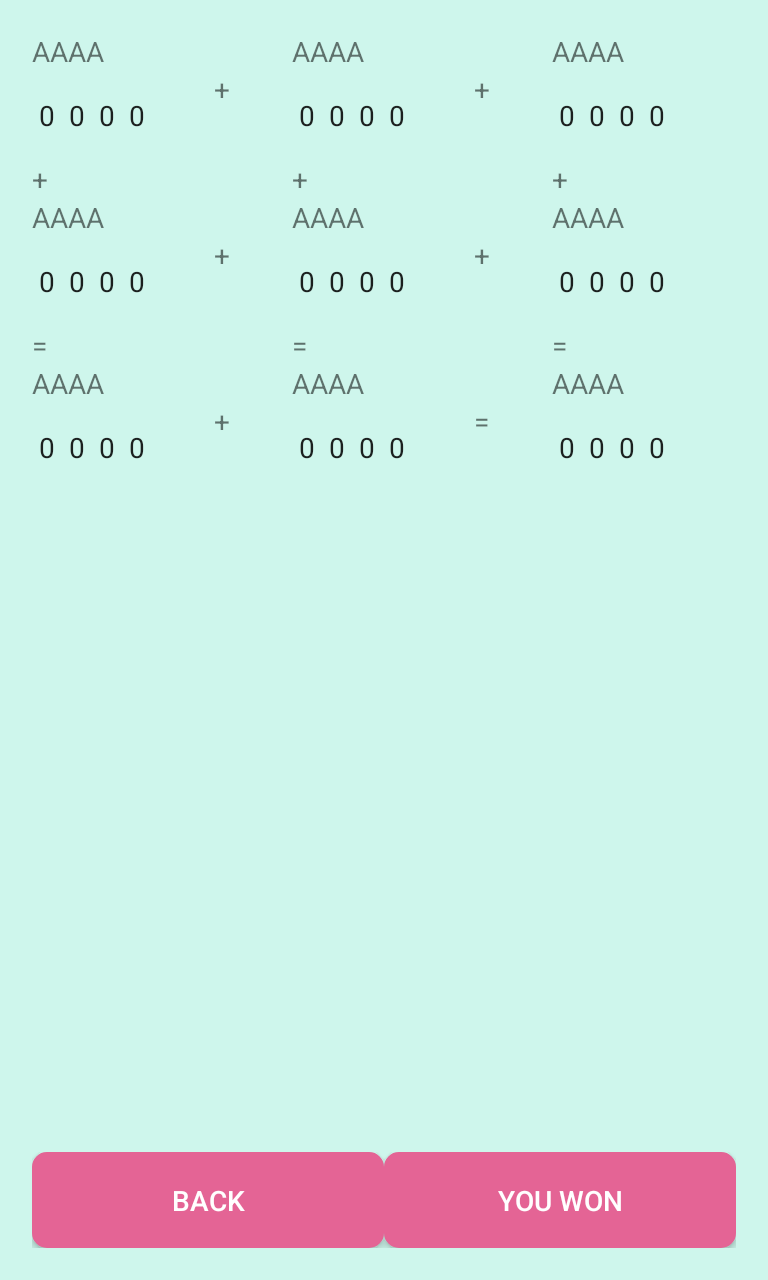
Repository: jelleswester/Breinbreker
Layout: Breinbreker/res/layout/activity_game_play.xml
The author's editor kept a copy of each file at every save. The layout is drawn from the files as they stood at one save, then again after the next save.
It is drawn on a 768 x 1280 px phone screen (xhdpi) without system bars, with theme AppTheme; the app's code is not run.

Above is the layout before, as saved 2015-01-22 21:13:38.

After the next save:
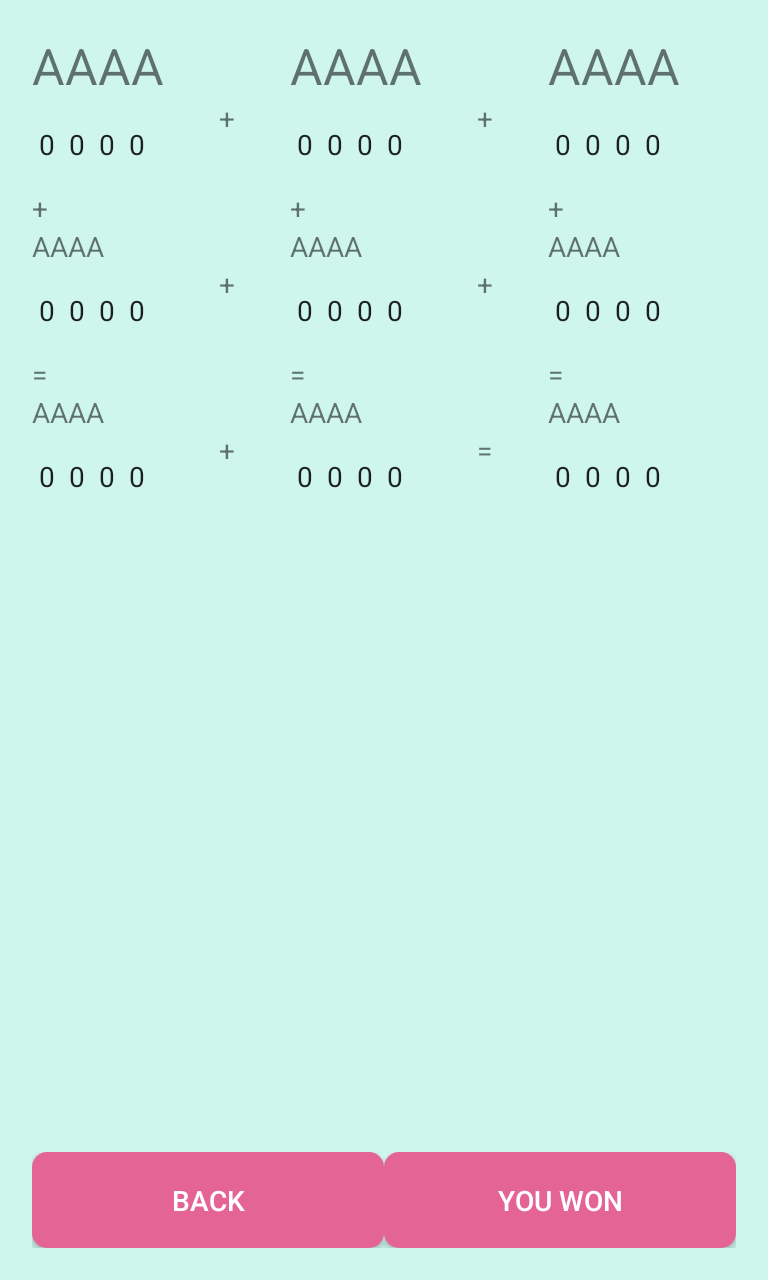
Saved 11 h 46 min later.
--- a/Breinbreker/res/layout/activity_game_play.xml
+++ b/Breinbreker/res/layout/activity_game_play.xml
@@ -18,14 +18,16 @@
 	        <TextView
 	            android:id="@+id/textView0"
 	            android:text="@string/characters"
-	            android:layout_width="fill_parent" />
+	            android:layout_width="fill_parent"
+	            android:textSize="25sp" />
 	        <TextView
 	            android:text=""
 	            android:layout_width="fill_parent" />
 	        <TextView
 	            android:id="@+id/textView1"
 	            android:text="@string/characters"
-	            android:layout_width="fill_parent" />
+	            android:layout_width="fill_parent"
+	            android:textSize="25sp" />
 	        <TextView
 	            android:text=""
 	            android:layout_width="fill_parent" />
@@ -33,7 +35,8 @@
 	        <TextView
 	            android:id="@+id/textView2"
 	            android:layout_width="fill_parent"
-	            android:text="@string/characters" />
+	            android:text="@string/characters"
+	            android:textSize="25sp" />
 
 	    </TableRow>
 
